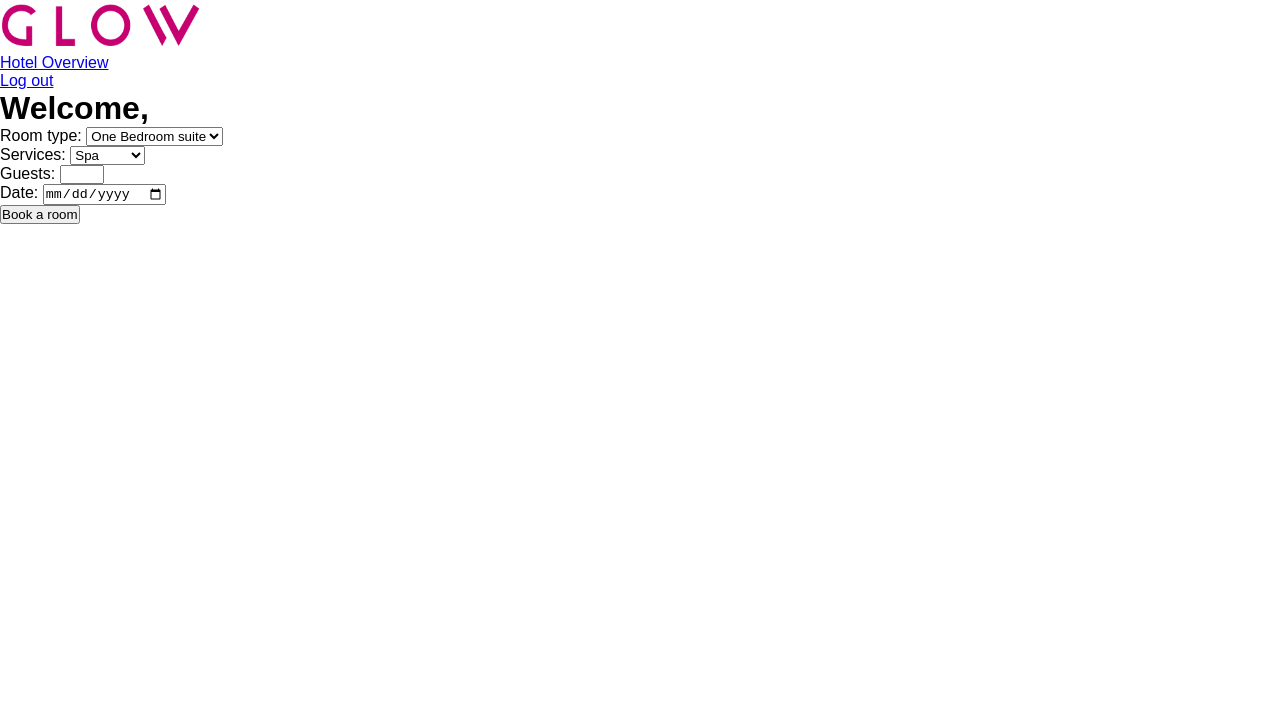
Repository: M-p1998/solo-dojo-project
Page: http://localhost/hotel/WEB-INF/hotel/room.jsp
These files come from the project's save history. The page is drawn as it stood at one moment and after the next save; the edit follows.
The browser window is 1280 px wide. The pictures show the whole page.
The page is served by Tomcat 9. Nobody is signed in. Other server files are loaded and not shown. The template is opened directly, without the code that normally fills it, so the values that code supplies are empty.

Above is the page before, as saved 2022-02-14 17:02:56.

### hotel/src/main/webapp/WEB-INF/hotel/room.jsp
<%@ page language="java" contentType="text/html; charset=UTF-8"
    pageEncoding="UTF-8"%>
<%@ taglib prefix="c" uri="http://java.sun.com/jsp/jstl/core" %>
<%@ taglib prefix="form" uri="http://www.springframework.org/tags/form"%>
<!DOCTYPE html>
<html>
<head>
<meta charset="UTF-8">
<title>Book a room</title>
<link href="/css/room.css" rel="stylesheet" type="text/css">
</head>
<body>


		<header>
				<img class="logo" src="/image/hotelLogo.png"
					width="200" height="50">

					<nav>
					<ul class="nav_links">
						<li class="nav-item active "><a  href="/">Hotel Overview</a></li>
						<li class="nav-item active "><a  href="/logout">Log out</a></li>
					</ul>
					</nav>
			</header>

	<div class="container">
		<div class="card">
			<div class="box" id="card">
			<div class="card-front">
				<h1>Welcome, ${user.firstName}</h1>
				<form:form action="/create" method="post" modelAttribute="createARoom">
					<form:input type="hidden" value="${userId}" path="user"/>
					<p>
						<form:label path="room_type" class="title" >Room type:</form:label>
						<form:errors path="room_type" class="error"/>
						<form:select path="room_type" class="input-box" >

								<option class="title">One Bedroom suite</option>
								<option class="title">Presidential suite</option>
								<option class="title">Luxury suite</option>
								<option class="title">Signature suite</option>
								<option class="title">Master suite </option>
						</form:select>

					</p>
					<p>
						<form:label path="services" class="title">Services:</form:label>
						<form:errors path="services" class="error"/>
						<form:select path="services" class="input-box">

								<option >Spa</option>
								<option >Golf</option>
								<option >Meeting</option>
								<option >Wedding</option>
						</form:select>
					</p>
					<p>
						<form:label path="guests" class="title">Guests:</form:label>
						<form:errors path="guests" class="error"/>
						<form:input path="guests" type="number" min="0" max="5" class="input-box"/>
					</p>
					<p>
						<form:label path="date" class="title">Date:</form:label>
						<form:errors path="date" class="error"/>
						<form:input path="date" type="date" class="input-box" placeholder="Pick a date"/>
					</p>
					<input type="submit"  class="btn" value="Book a room"/>
				</form:form>
				</div>
			</div>
		</div>
	</div>
</body>
</html>

### hotel/src/main/webapp/css/room.css
@charset "UTF-8";

*{
	margin: 0;
	padding: 0;
}

body{
	font-family: sans-serif;
}

#nav-bar{
	position: sticky;
	top: 0;
	z-index: 10;

}

.navbar{
	background-image: linear-gradient(rgba(98, 10, 117),  rgba(0,0,255,0));
	padding: 0!important;
	background-color: orange;
}

.navbar-nav li{
	padding: 0 10px;
}

.navbar-nav li a{
	color: black;
	font-weight: 600;
	float: right;
	text-align: left;
}

#nav-bar ul li a:hover{
	color: orange !important;
}

.fa-bars{
	color: #fff;
	font-size: 30px !important;
}

.navbar-toggler{
	outline: none !important;
}

After the next save:
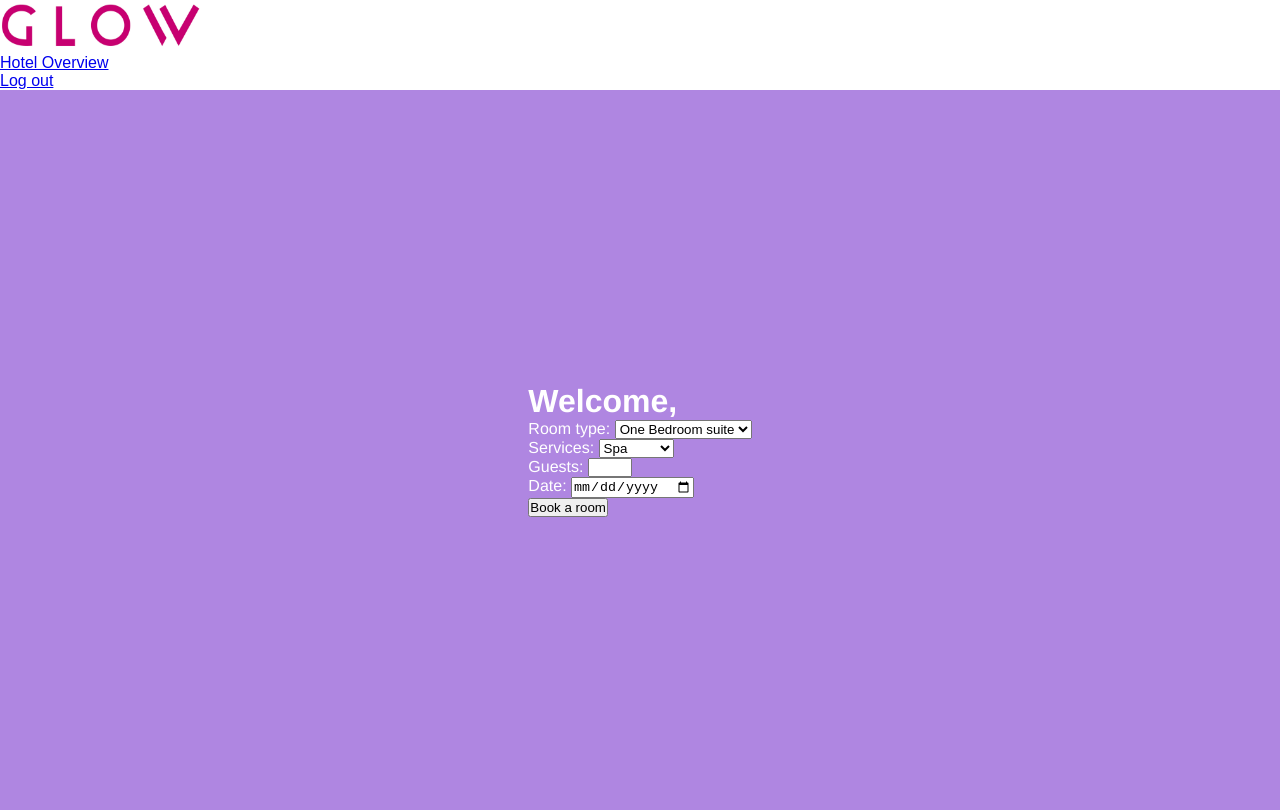
Saved 32 min 21 s later.
--- a/hotel/src/main/webapp/css/room.css
+++ b/hotel/src/main/webapp/css/room.css
@@ -45,3 +45,16 @@ body{
 .navbar-toggler{
 	outline: none !important;
 }
+
+.container{
+	/* width:"100%";*/
+	height: 100vh;
+	width: 100%;
+	max-width: 150rem;
+	font-family:Helvetica;
+	background: rgb(175, 134, 225);
+	color: #fff;
+	display:flex;
+	align-items: center;
+	justify-content: center;
+}
